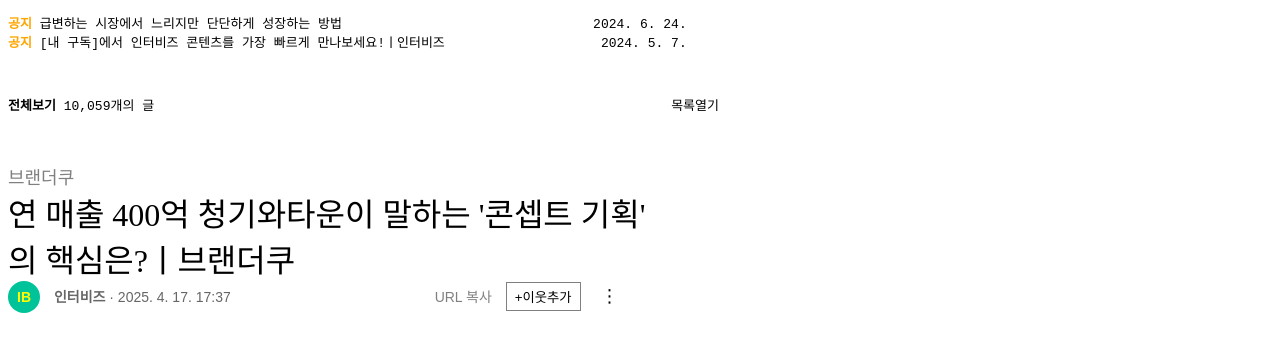
Repository: msgggg1/webPro
Page: webPro/src/main/webapp/html/days02/ex11.html
An editor plug-in stored every save of this project. The page is shown before and after the next save, followed by the edit.
The browser window is 1280 px wide. The pictures show the whole page.

Above is the page before, as saved 2025-04-22 15:16:56.

### webPro/src/main/webapp/html/days02/ex11.html
<!DOCTYPE html>
<html>
<head>
<meta charset="UTF-8">
<title>Insert title here</title>
<link rel="shortcut icon" type="image/x-icon" href="http://localhost/webPro/images/SiSt.ico">
<script src="https://ajax.googleapis.com/ajax/libs/jquery/3.7.1/jquery.min.js"></script>
<style>
	#list{
		color: black;
		text-decoration: none;
	}
	#list:hover{
		text-decoration: underline;
	}
	a{
		text-decoration: none;
	}
	a:hover{
		text-decoration: underline;
	}
	a:visited {
		color: gray;
	}
</style>
</head>
<body>
<!-- https://blog.naver.com/PostView.naver?blogId=businessinsight&logNo=223837748542&proxyReferer=&noTrackingCode=true -->
<pre>
<font color="orange"><b>공지</b></font> 급변하는 시장에서 느리지만 단단하게 성장하는 방법                 	           2024. 6. 24. <!-- 줄 간격 맞추기 -->
<font color="orange"><b>공지</b></font> [내 구독]에서 인터비즈 콘텐츠를 가장 빠르게 만나보세요!ㅣ인터비즈 		    2024. 5. 7.
</pre>
<br>
<pre>
<b>전체보기</b> 10,059개의 글							     	     <a href="" id="list">목록열기</a>
</pre>
<br>
<br>
<font size="4" color="gray"><a href="">브랜더쿠</a></font>
<br>
<font size="6">연 매출 400억 청기와타운이 말하는 '콘셉트 기획'<br>의 핵심은?ㅣ브랜더쿠</font>
<font style="font-family: sans-serif; font-size: 14px;">
<br>

  <span style="display: inline-block; width: 32px; height: 32px; background-color: #00c39a; color: yellow; border-radius: 50%; text-align: center; line-height: 32px; font-weight: bold;">
    IB
  </span>

  <span style="margin-left: 10px; color: #666;">
  <b>인터비즈</b> · 2025. 4. 17. 17:37
</span>

<a href="#" style="margin-left: 200px; color: gray; text-decoration: none;">URL 복사</a>

<button style="margin-left: 10px; border: 1px solid gray; padding: 4px 8px; background: white; cursor: pointer;">
  +이웃추가
</button>

<button style="margin-left: 10px; border: none; background: none; font-size: 18px; cursor: pointer;">
  ⋮
</button>


</font>


</body>
</html>

After the next save:
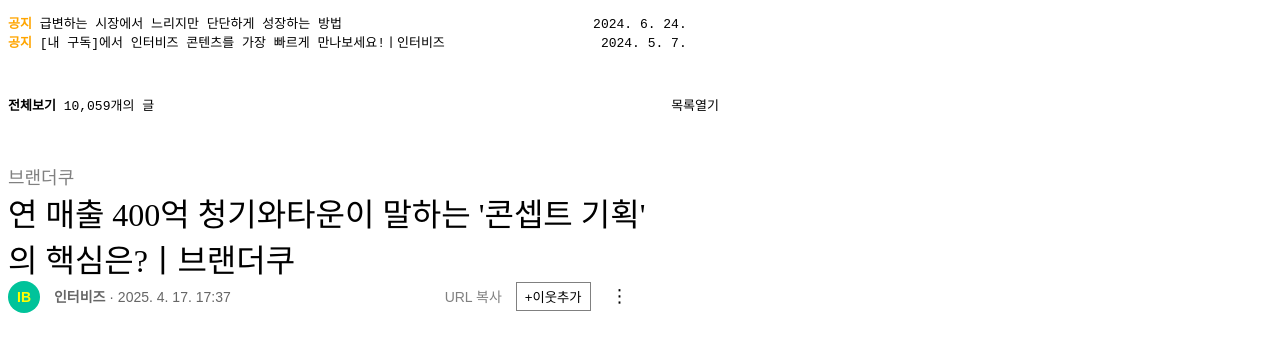
Saved 12 s later.
--- a/webPro/src/main/webapp/html/days02/ex11.html
+++ b/webPro/src/main/webapp/html/days02/ex11.html
@@ -50,7 +50,7 @@
   <b>인터비즈</b> · 2025. 4. 17. 17:37
 </span>
 
-<a href="#" style="margin-left: 200px; color: gray; text-decoration: none;">URL 복사</a>
+<a href="#" style="margin-left: 210px; color: gray; text-decoration: none;">URL 복사</a>
 
 <button style="margin-left: 10px; border: 1px solid gray; padding: 4px 8px; background: white; cursor: pointer;">
   +이웃추가
